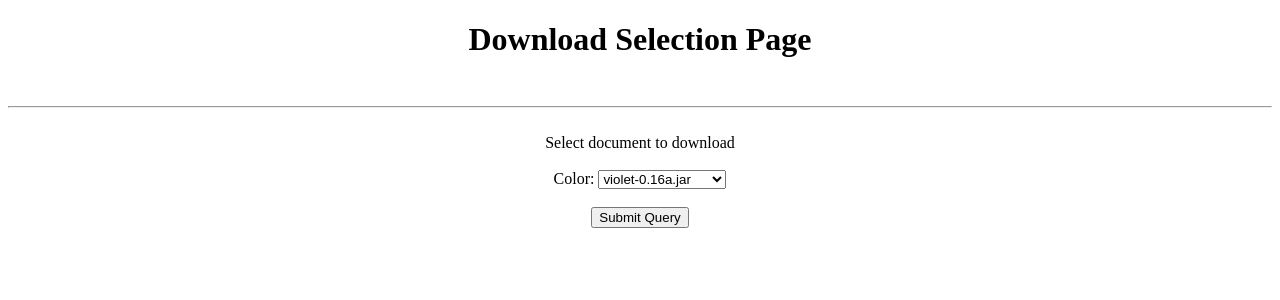
Repository: weshayutin/java258Online
Page: workspace/westest/WebContent/download1.html
An editor plug-in stored every save of this project. The page is shown before and after the next save, followed by the edit.
The browser window is 1280 px wide. The pictures show the whole page.

Above is the page before, as saved 2011-01-29 22:21:49.

### workspace/westest/WebContent/download1.html
<!DOCTYPE html PUBLIC "-//W3C//DTD HTML 4.01 Transitional//EN" "http://www.w3.org/TR/html4/loose.dtd">
<html>
<head>
<meta http-equiv="Content-Type" content="text/html; charset=UTF-8">
<title>Insert title here</title>
</head>
<body>
<center>
<h1 align="center">Download Selection Page</h1>
<br>
<hr/>
<br>
<form method="POST" action="getFile.do">
Select document to download
<br><br>
Color:
<select>
<option>violet-0.16a.jar</option>
<option>Programming.doc</option>
</select>


	<br><br>
	<input type="SUBMIT" name="file" value="Submit Query"/>
</form>




</center>

</body>
</html>

After the next save:
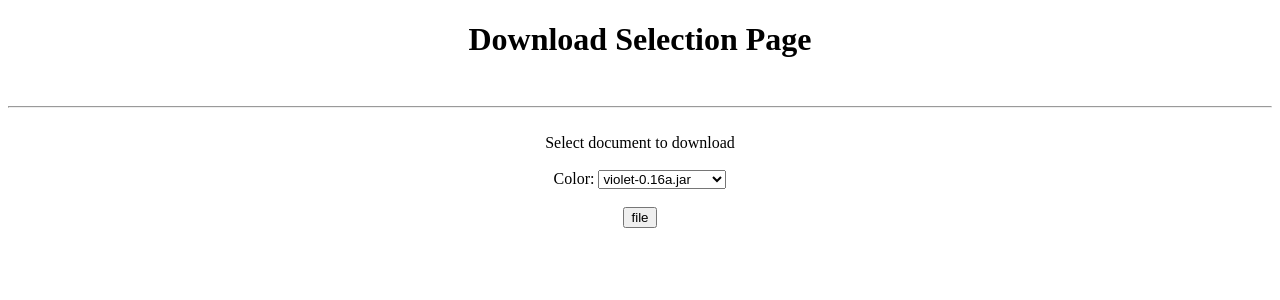
Saved 45 s later.
--- a/workspace/westest/WebContent/download1.html
+++ b/workspace/westest/WebContent/download1.html
@@ -21,7 +21,7 @@
 
 
 	<br><br>
-	<input type="SUBMIT" name="file" value="Submit Query"/>
+	<input type="SUBMIT" name="file" value="file"/>
 </form>
 
 
